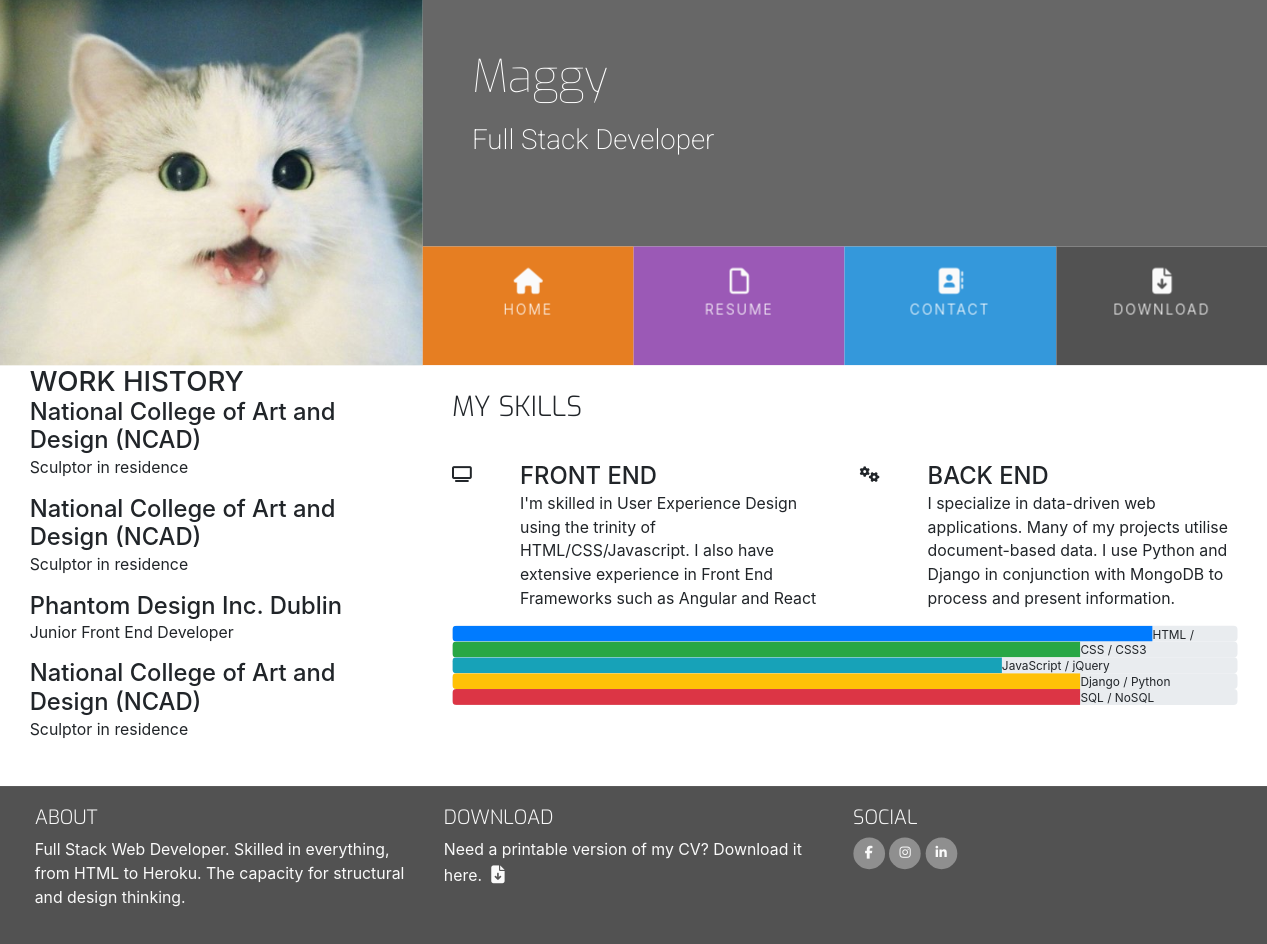
Repository: Marshmello88/resume_project
Page: resume.html
The author's editor kept a record of every edit. The page is drawn from the files as they stood at one moment, then again after the next edit.
The browser window is 1280 px wide. The pictures show the whole page, at 99% of full size.
Some web libraries are served in a nearby version.

Above is the page before.
Console error: TypeError: Cannot read properties of undefined (reading 'fn')

### resume.html
<!DOCTYPE html>
<html lang="en">

<head>
    <meta charset="UTF-8">
    <meta name="viewport" content="width=device-width, initial-scale=1.0">
    <meta http-equiv="X-UA-Compatible" content="ie=edge">
    <link rel="stylesheet" href="https://stackpath.bootstrapcdn.com/bootstrap/4.3.1/css/bootstrap.min.css" integrity="sha384-ggOyR0iXCbMQv3Xipma34MD+dH/1fQ784/j6cY/iJTQUOhcWr7x9JvoRxT2MZw1T" crossorigin="anonymous">
    <script src="https://stackpath.bootstrapcdn.com/bootstrap/4.3.1/js/bootstrap.min.js" integrity="sha384-JjSmVgyd0p3pXB1rRibZUAYoIIy6OrQ6VrjIEaFf/nJGzIxFDsf4x0xIM+B07jRM" crossorigin="anonymous"></script>
    <script src="https://kit.fontawesome.com/046a8e7919.js" crossorigin="anonymous"></script>
    <link rel="stylesheet" href="https://cdnjs.cloudflare.com/ajax/libs/hover.css/2.1.1/css/hover-min.css" type="text/css" />
    <link rel="stylesheet" href="assets/css/style.css" type="text/css" />
    <title>Maggy</title>
</head>

<body>
    <header>
        <div class="row no-gutters">
            <!-- no gutters removes the padding (removes white space in this case)-->
            <a href="index.html" class="col-md-4 logo">
                <!--refer back to index.html because our logo should bring us to our homepage. The logo class is that so we can style it in css. Col-md-4 and 8 partition the screen.-->

            </a>
            <div class="col-md-8">
                <div class="row no-gutters bg-color-name-title">
                    <!--background color-->
                    <div class="col heading">
                        <h1 class="name">Maggy</h1>
                        <h2 class="title">Full Stack Developer</h2>

                    </div>
                </div>
                <div class="row no-gutters">
                    <div class="col">
                        <ul id="nav" class="list-inline menucontainer">
                            <!--stops a list from displaying vertically and displays it horizontally instead. Supplied by bootstrap-->
                            <li class="col-6 col-sm-3 ui-menu-color-home list-inline-item menuitem">
                                <a href="#" class="hvr-sweep-to-bottom"><i class="fas fa-home" aria-hidden="true"></i><span>Home</span></a>
                                <!--Inside the anchor tag, there's also a <span> because it's gonna be targeted later using both Font Awesome and hover.css. Aria-hidden means ignored by screen readers-->
                            </li>
                            <li class="col-6 col-sm-3 ui-menu-color-resume list-inline-item menuitem">
                                <a href="#" class="hvr-sweep-to-bottom"><i class="far fa-file" aria-hidden="true"></i><span>Resume</span></a>
                            </li>
                            <li class="col-6 col-sm-3 ui-menu-color-contact list-inline-item menuitem">
                                <a href="#" class="hvr-sweep-to-bottom"><i class="fas fa-address-book" aria-hidden="true"></i><span>Contact</span></a>
                            </li>
                            <li class="col-6 col-sm-3 ui-menu-color-download list-inline-item menuitem">
                                <a href="#" class="hvr-sweep-to-bottom"><i class="fas fa-file-download" aria-hidden="true"></i><span>Download</span></a>
                            </li>
                        </ul>
                    </div>
                </div>
            </div>
        </div>
    </header>
    <section class="container-fluid">
        <div class="row">
            <div class="col-md-4 bg-color-work-history section-column">
                <!--col-md-4 will take up one third of the width.-->
                <div class="row">
                    <div class="col-12">
                        <!--column with the width of 12 means it will be full width on all screen sizes-->
                        <h3 class="history-heading uppercase">
                            Work History
                        </h3>
                    </div>
                </div>
                <div class="timeline-item" data-dates="02/1998 - 04/2004">
                    <h4> National College of Art and Design (NCAD)</h4>
                    <p>Sculptor in residence</p>
                </div>
                <div class="timeline-item" data-dates="04/2004 - 06/2008">
                    <h4>National College of Art and Design (NCAD)</h4>
                    <p>Sculptor in residence</p>
                </div>
                <div class="timeline-item" data-dates="06/2008 - 06/2011">
                    <h4>Phantom Design Inc. Dublin</h4>
                    <p>Junior Front End Developer</p>
                </div>
                <div class="timeline-item" data-dates="02/1998 - 04/2004">
                    <h4> National College of Art and Design (NCAD)</h4>
                    <p>Sculptor in residence</p>
                </div>
            </div>
            <!--again start off with adding a bootstrap row. The latter class will be filled out in css. Then inside the row, ALWAYS column as direct child. Size 8 is two thirds of the width of the screen.-->
            <div class="col-md-8 bg-color-three-reasons section-column">
                <!--The row-table class will specify the use of a table whereas section-column will specify the use of a table cell, which will give us evenly sized columns in terms of height.-->
                <div class="row">
                    <div class="col">
                        <h3 class="section-heading uppercase">My Skills</h3>
                    </div>
                </div>
                <div class="row">
                    <!--Adding a new row just underneath the closing <div> tag of the row that contains the header. This will contain the section "three reasons to hire"-->
                    <div class="col-10 offset-1 offset-sm-0 col-sm-4 col-md-6">
                        <!--When looked at on the mobile, this is going to be 10 columns wide with an offset of 1 so that we get the content centered and have a one column margin down the left side. We're going to switch that offset off for tablets and larger because on the tablet, we want it to appear in three columns of content. On a desktop we want it to appear in two columns.-->
                        <div class="row">
                            <div class="col-2">
                                <i class="three-reasons-icon fa fa-tv" aria-hidden="true"></i>
                            </div>
                            <div class="col-10">
                                <!--in our <div>, our Bootstrap specification for our icon was too wide, which leaves us with 10 columns for our header and the text.-->
                                <h4 class="three-reasons-heading uppercase">Front End</h4>
                                <p>
                                    I'm skilled in User Experience Design using the trinity of HTML/CSS/Javascript. I also have extensive experience in Front End Frameworks such as Angular and React
                                </p>
                            </div>
                        </div>
                    </div>
                    <div class="col-10 offset-1 offset-sm-0 col-sm-4 col-md-6">
                        <!--When looked at on the mobile, this is going to be 10 columns wide with an offset of 1 so that we get the content centered and have a one column margin down the left side. We're going to switch that offset off for tablets and larger because on the tablet, we want it to appear in three columns of content. On a desktop we want it to appear in two columns.-->
                        <div class="row">
                            <div class="col-2">
                                <i class="three-reasons-icon fa fa-gears" aria-hidden="true"></i>
                            </div>
                            <div class="col-10">
                                <!--in our <div>, our Bootstrap specification for our icon was too wide, which leaves us with 10 columns for our header and the text.-->
                                <h4 class="three-reasons-heading uppercase">Back End</h4>
                                <!--Nesting Bootstrap rows inside Bootstrap columns this way can achieve very flexible layouts.-->
                                <p>
                                    I specialize in data-driven web applications. Many of my projects utilise document-based data. I use Python and Django in conjunction with MongoDB to process and present information.
                                </p>
                            </div>
                        </div>
                    </div>
                </div>
                <div class="row progress-section">
                    <div class="col">
                        <div class="progress">
                            <!--progress class acts as a wrapper for the progress bar and its content in Bootstrap-->
                            <div class="progress-bar" role="progressbar" aria-valuenow="90" aria-valuemin="0" aria-valuemax="100" style="width:90%;">
                                <!--the valuebar represents the current value of the progress bar. Valuemin and valuemax sets the range.-->
                                <span class="sr-only">90% complete</span>
                            </div>
                            <span class="progress-type">HTML / HTML5</span>
                        </div>
                        <div class="progress">
                            <!--progress class acts as a wrapper for the progress bar and its content in Bootstrap-->
                            <div class="progress-bar bg-success" role="progressbar" aria-valuenow="90" aria-valuemin="0" aria-valuemax="100" style="width:80%;">
                                <span class="sr-only">80% complete</span>
                            </div>
                            <span class="progress-type">CSS / CSS3</span>
                        </div>
                        <div class="progress">
                            <!--progress class acts as a wrapper for the progress bar and its content in Bootstrap-->
                            <div class="progress-bar bg-info" role="progressbar" aria-valuenow="70" aria-valuemin="0" aria-valuemax="100" style="width:70%;">
                                <span class="sr-only">70% complete</span>
                            </div>
                            <span class="progress-type">JavaScript / jQuery</span>
                        </div>
                        <div class="progress">
                            <!--progress class acts as a wrapper for the progress bar and its content in Bootstrap-->
                            <div class="progress-bar bg-warning" role="progressbar" aria-valuenow="80" aria-valuemin="0" aria-valuemax="100" style="width:80%;">
                                <span class="sr-only">80% complete</span>
                            </div>
                            <span class="progress-type">Django / Python</span>
                        </div>
                        <div class="progress">
                            <!--progress class acts as a wrapper for the progress bar and its content in Bootstrap-->
                            <div class="progress-bar bg-danger" role="progressbar" aria-valuenow="80" aria-valuemin="0" aria-valuemax="100" style="width:80%;">
                                <span class="sr-only">80% complete</span>
                            </div>
                            <span class="progress-type">SQL / NoSQL</span>
                        </div>
                    </div>
                </div>
            </div>
        </div>

    </section>
    <footer class="container-fluid">
        <!--container fluid so that it is a full width flexible container. Here again rule of thirds (three sections)-->
        <div id="footer-details" class="row">
            <div class="col-sm-4">
                <h5 class="uppercase general-sub">About</h5>
                <p class="inline-block">
                    Full Stack Web Developer. Skilled in everything, from HTML to Heroku. The capacity for structural and design thinking.
                </p>
            </div>
            <div class="col-sm-4">
                <h5 class="uppercase general-sub">Download</h5>
                <p class="inline-block">
                    Need a printable version of my CV? Download it here.
                    <a href="#" target="_blank" class="cv-pdf">
                        <i class="fas fa-file-download" aria-hidden="true"></i>
                        <span class="sr-only">Download link.</span>
                        <!--sr only is screenreaders only, so it won't be displayed on a regular screen-->
                    </a>
                    <!--target = blank so that the download will open in a new tab, instead of losing the current page-->
                </p>
            </div>
            <div class="col-sm-4">
                <h5 class="uppercase general-sub">Social</h5>
                <ul class="list-inline social-links">
                    <!--the unordered list has the bootstrap default list inline class, which means that every list item has to have this same class also-->
                    <li class="list-inline-item">
                        <a target="_blank" href="#">
                            <i class="fab fa-facebook-f" aria-hidden="true"></i>
                            <span class="sr-only">Facebook</span>
                        </a>
                    </li>
                    <li class="list-inline-item">
                        <a target="_blank" href="#">
                            <i class="fab fa-instagram" aria-hidden="true"></i>
                            <span class="sr-only">Instagram</span>
                        </a>
                    </li>
                    <li class="list-inline-item">
                        <a target="_blank" href="#">
                            <i class="fab fa-linkedin-in" aria-hidden="true"></i>
                            <span class="sr-only">Linkedin</span>
                        </a>
                    </li>
                </ul>
            </div>
        </div>
    </footer>
</body>

</html>

### assets/css/style.css
@import url('https://fonts.googleapis.com/css?family=Roboto:100,200,300,400,500,600,700|Exo:100,200,300,400,500,600,700');

/* -------------------------COLOURS----------------------------*/

.bg-color-name-title {
    background-color: #676767;
}

.bg-color-three-reasons {
   background-color: #fff;
}

.ui-menu-color-home {
    background-color: #e67e22;
}

.ui-menu-color-resume {
    background-color: #9b59b6;
}

.ui-menu-color-contact {
    background-color: #3498db;
}

.ui-menu-color-download {
    background-color: #525252;
}

/*---------------------------Special padding/margin/text----------------------*/

h1,
h2,
h3,
h4 {
    margin: 0;
}

.uppercase {
    text-transform: uppercase;
}

.general-sub {
    font-family:"Exo", sans-serif;
    font-weight: 300;
    color: #fafafa;
}

.inline-block {
    display: inline-block;
    /*allows for nice spacing of our content across the footer*/
}

.row-table {
    display: table;
    /*By doing this, we can then specify its child columns as table cells which ensures that the columns will remain equal height, regardless of their content.*/
}

.section-column {
    display: table-cell;
    padding: 0 30px 30px;
    float: none;
}

.section-heading {
    font-family:"Exo", sans-serif;
    font-weight: 300;
    margin-top: 25px;
    margin-bottom: 40px;
}

/* -------------------------HEADING-------------------------------------------*/

header {
    margin: 0;
}

.heading {
    margin-left: 50px;
    /*it is hugging the left hand side too much so margin set to 50 px */
}

.logo {
    background: url("../images/cat.jpg");
    background-position: center;
    background-repeat: no-repeat;
    background-size: cover;
    /*background size should cover the container it's sitting inside */
    min-height: 360px;
    transition: all .5s ease-in-out;
    -moz-transition: all .5s ease-in-out;
    /*copied three times to add browser prefixes so it works on all browsers*/
    -webkit-transition: all .5s ease-in-out;
}

.name {
    font-family: "Exo", sans-serif;
    font-weight: 100;
    font-size: 46px;
    margin-top: 50px;
    color: #ffffff;
}

.title {
    font-family: "Roboto", sans-serif;
    font-weight: 200;
    font-size: 28px;
    margin-top: 20px;
    margin-bottom: 90px;
    color: #ffffff;
}

.list-inline-item:not(:last-child) {
    /*in dev tools this was creating the margin, so you copy and then override in your own css */
    margin: 0;
}

.menucontainer {
    /*css hack to close up space between the nav items. Because it then applies to all list items you have to override it with nav ID */
    font-size: 0;
}

#nav {
    margin: 0;
    /*margin 0 so the nav bar aligns with the image*/
}

#nav li {
    /* all the children li's are targeted here to override the 0 font size */
    font-size: 14px;
    padding: 0;
}

.menuitem {
    /*menuitem class will arrange the text and icons in a more visually pleasing way*/
    height: 120px;
    /*one third of the overall height. rule of thirds.*/
    text-align: center;
    padding: 0;
}

.menuitem a {
    /*here the anchor child is targeted*/
    width: 100%;
    /*the goal is to make the entire area of the div clickable, hence 100% */
    text-decoration: none;
    /*removes the link underscore*/
    color: #fff;
    height: 120px;
}

.menuitem a i {
    /*targets the icon*/
    padding-top: 22px;
    display: block;
    /*block display so that the icon appears on a line of its own*/
    color: #fafafa;
    font-size: 26px;
}

.menuitem span {
    display: block;
    width: 100%;
    /*full width of parent div*/
    padding-top: 5px;
    text-align: center;
    text-transform: uppercase;
    font-size: 14px;
    font-weight: 300;
    letter-spacing: 2px;
}

/*----------------------------------------------Hover.css-----------------------*/

.hvr-sweep-to-bottom:before {
    /*copied from the google dev tools, hence the "before". Need to overwrite the sweep color so that's why it needs styling.*/
    background: rgba(0, 0, 0, 0.2);
    height: 120px;
    /* height the same as entire menu item */
}

/* -------------------------FOOTER-------------------------------------------*/

footer {
    background-color: #525252;
    color: #fafafa;
    min-height: 120px;
    /*So it can grow beyond 120px if for some reason the about us text extends or pushes beyond that*/
    margin: 0;
}

.cv-pdf i {
    /* targeting the font awesome icon. Icon is smaller than the one in the header because it is auxiliary content*/
    font-size: 18px;
    color: #fafafa;
    text-align: center;
    padding: 5px;
    /*To make it so that when we hover over the icon, it changes to a dark orange color, we need to apply a transition. The reason it goes here, rather than in the hover pseudo-element is because you always want to put the transitions in the parent element, rather than the hovered.*/
    -moz-transition: all 0.35s ease-in-out;
    -webkit-transition: all 0.35s ease-in-out;
    -o-transition: all 0.35s ease-in-out;
}

.cv-pdf i:hover {
    color: #e84610;
}

.social-links {
    padding-bottom: 15px;
}

.social-links li a i {
    /*To adjust the font awesome icons, you go to social-links li a i.*/
    width: 32px;
    height: 32px;
    padding: 12px 0;
    border-radius: 50%;
    /*The reason for this is that if you set the border-radius to 50% when something has equal height and width, then you get a circle. And we want the icons displayed in a circle.*/
    font-size: 13px;
    line-height: 7px;
    text-align: center;
    color: #fafafa;
    background: #8f8f8f;
     -moz-transition: all 0.35s ease-in-out;
    -webkit-transition: all 0.35s ease-in-out;
    -o-transition: all 0.35s ease-in-out;
}

.social-links li a i:hover {
    background: #e84610;
}

#footer-details {
    padding: 20px;
    /*This pushes in the content a little bit (creating certical or negative space) so it doesn't hug the top of the footer.*/
}

After the next edit:
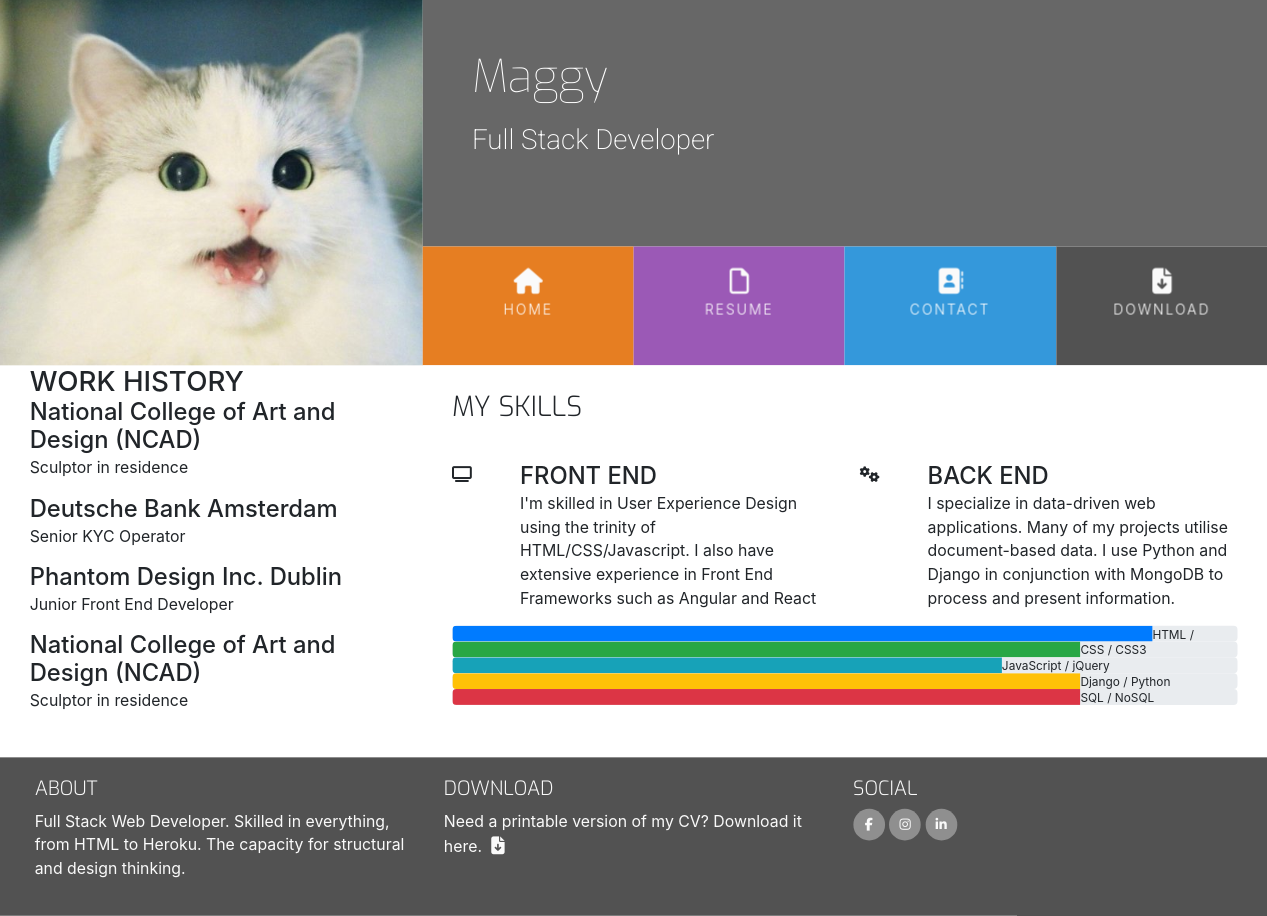
The edit:
--- a/resume.html
+++ b/resume.html
@@ -70,8 +70,8 @@
                     <p>Sculptor in residence</p>
                 </div>
                 <div class="timeline-item" data-dates="04/2004 - 06/2008">
-                    <h4>National College of Art and Design (NCAD)</h4>
-                    <p>Sculptor in residence</p>
+                    <h4>Deutsche Bank Amsterdam</h4>
+                    <p>Senior KYC Operator</p>
                 </div>
                 <div class="timeline-item" data-dates="06/2008 - 06/2011">
                     <h4>Phantom Design Inc. Dublin</h4>
